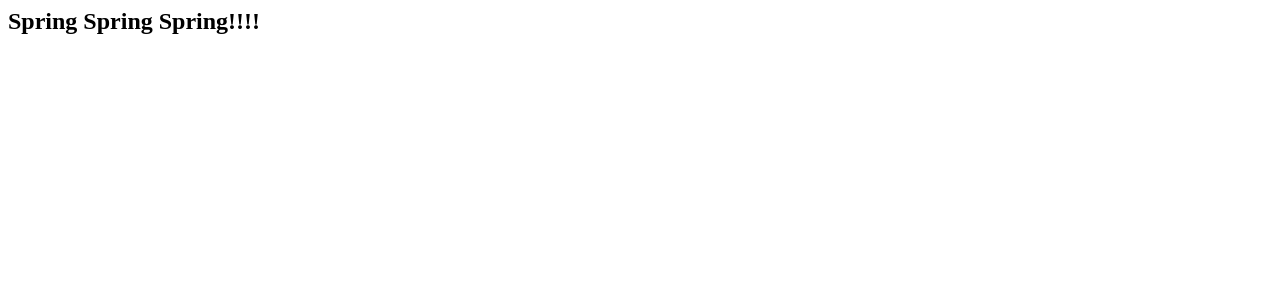
Repository: KacperGierycz/thymeleafDeleteButton
Page: http://localhost/spring-mvc-demo/
The author's editor kept a copy of each file at every save. The page is drawn from the files as they stood at one save, then again after the next save.
The browser window is 1280 px wide. The pictures show the whole page.
The page is served by Tomcat 9.

Above is the page before, as saved 2020-11-25 18:34:29.

After the next save:
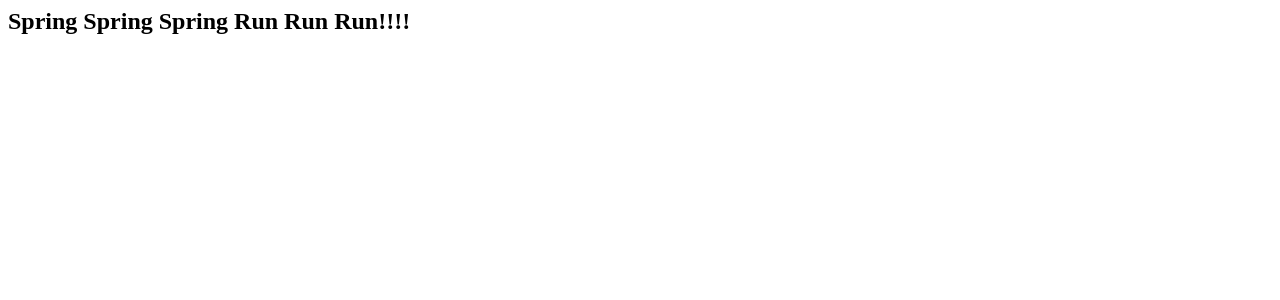
Saved 19 s later.
--- a/spring-mvc-demo/WebContent/WEB-INF/view/main-menu.jsp
+++ b/spring-mvc-demo/WebContent/WEB-INF/view/main-menu.jsp
@@ -1,6 +1,6 @@
 <!DOCTYPE htlm>
 <html>
 <body>
-<h2>Spring Spring Spring!!!!</h2>
+<h2>Spring Spring Spring Run Run Run!!!!</h2>
 </body>
 </html>
